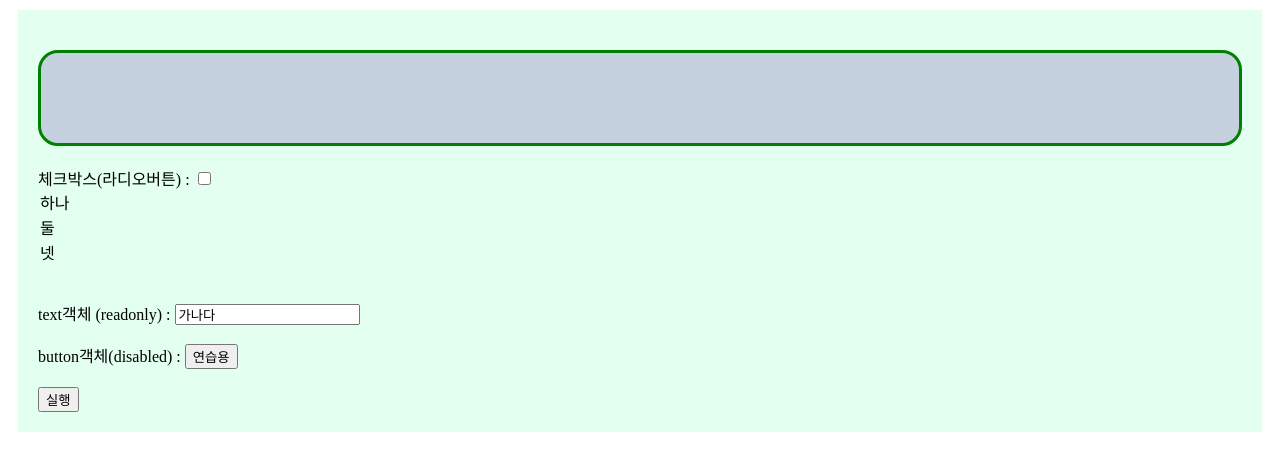
Repository: ypyp0205/jquery
Page: jqpro/WebContent/0214/prop_test.html
An editor plug-in stored every save of this project. The page is shown before and after the next save, followed by the edit.
The browser window is 1280 px wide. The pictures show the whole page.

Above is the page before, as saved 2020-02-14 01:40:51.

### jqpro/WebContent/0214/prop_test.html
<!DOCTYPE html>
<html>
<head>
<meta charset="UTF-8">
<title>Insert title here</title>
<link rel="stylesheet" href="../CSS/mystyle.css">
<script src="../js/jquery-3.4.1.min.js" type="text/javascript"></script>

<script type="text/javascript">
	$(function(){

	})
</script>
</head>
<body>

	<div class="box">

		<h2></h2>

		<pre>

		</pre>

	<form>
체크박스(라디오버튼) :    <input type="checkbox" id="checkTest“  checked><br><br>

리스트박스(select객체) :
 <select id="selTest">
     <option value="1">하나</option> <option value="2">둘</option>
     <option value="3“ selected >셋</option>  <option value="4">넷</option>
 </select><br><br>

 text객체	(readonly) : <input type="text" value="가나다" id="txtTest"><br><br>

 button객체(disabled) :
    <input type="button" value="연습용" id="btnTest"><br><br>
     <input type="button" value="실행" id="runBtn">
</form>
	</div>
</body>
</html>

### jqpro/WebContent/CSS/mystyle.css
@CHARSET "UTF-8";

pre {
	height: auto;
	background: #efffef;
	border: 3px solid green;
	font-size: 20px;
	padding: 10px;
	border-radius: 20px;
}

.box {
	background: #e3ffef;
	margin: 10px;
	height: auto;
	padding: 20px;
}

.box div {
	border: 3px dotted green;
	height: auto;
	margin: 10px;
	padding: 10px;
	border-radius: 20px;
}

.box button {
	color: white;
	background: blue;
	padding: 5px;
	margin: 5px;
	width: 80px;
	border-radius: 40px;
}

.box pre {
	padding: 15px;
	color: blue;
	background: rgb(197, 209, 222);
	line-height: 1.5em;
	font-weight: bold;
	}

Loaded but not shown: jqpro/WebContent/js/jquery-3.4.1.min.js (library)

After the next save:
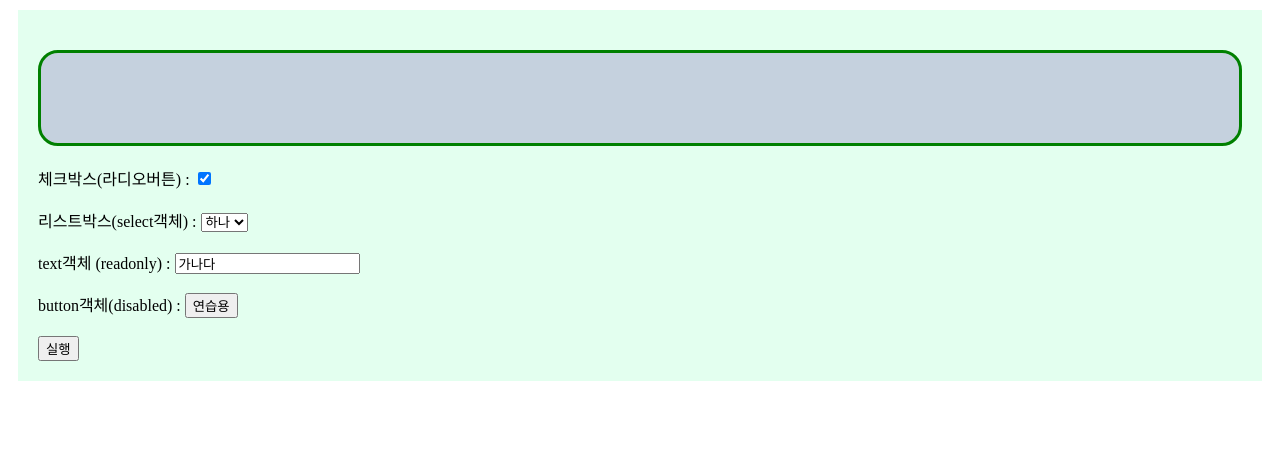
Saved 31 s later.
--- a/jqpro/WebContent/0214/prop_test.html
+++ b/jqpro/WebContent/0214/prop_test.html
@@ -23,7 +23,8 @@
 		</pre>
 
 	<form>
-체크박스(라디오버튼) :    <input type="checkbox" id="checkTest“  checked><br><br>
+체크박스(라디오버튼) :
+<input type="checkbox" id="checkTest"  checked><br><br>
 
 리스트박스(select객체) :
  <select id="selTest">
